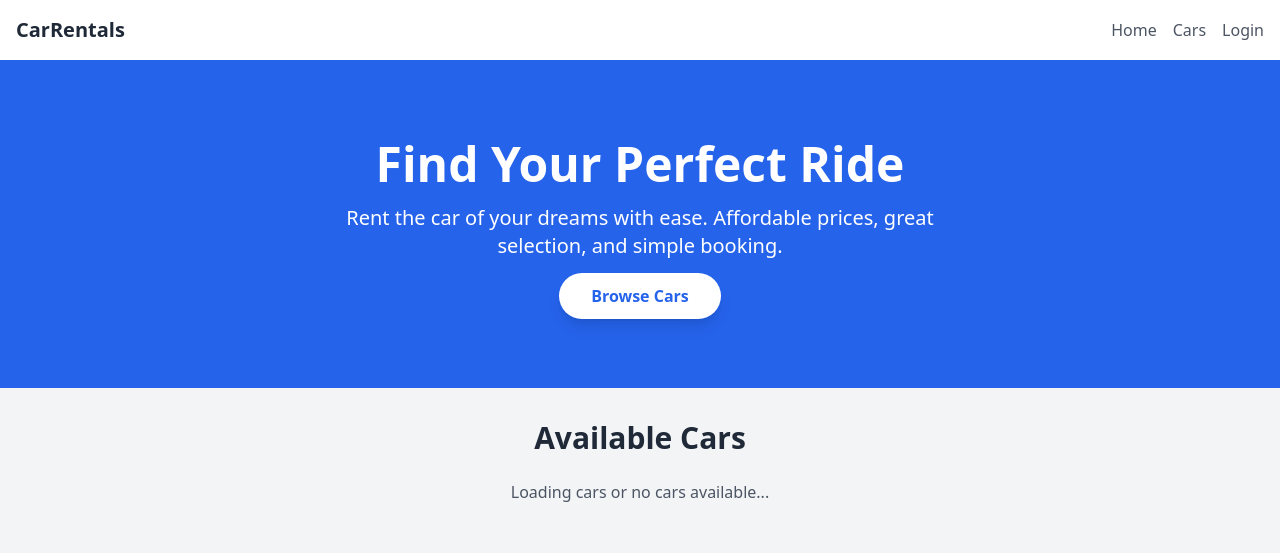
Repository: Daehy-peels/car-rental-app
Page: / (app in client/)
These files come from the project's save history. The page is drawn as it stood at one moment and after the next save; the edit follows.
The browser window is 1280 px wide. The pictures show the whole page.
The page's requests for data from a server got no answer. The project was rebuilt for these pictures with package versions that can differ from the ones it lists, and the page was loaded fresh each time. No one was signed in, and anything a server would have sent is missing. Also part of the build but not shown: client/vite.config.js, client/src/components/CarCard.jsx.

Above is the page before, as saved 2025-08-20 20:22:34.

After the next save:
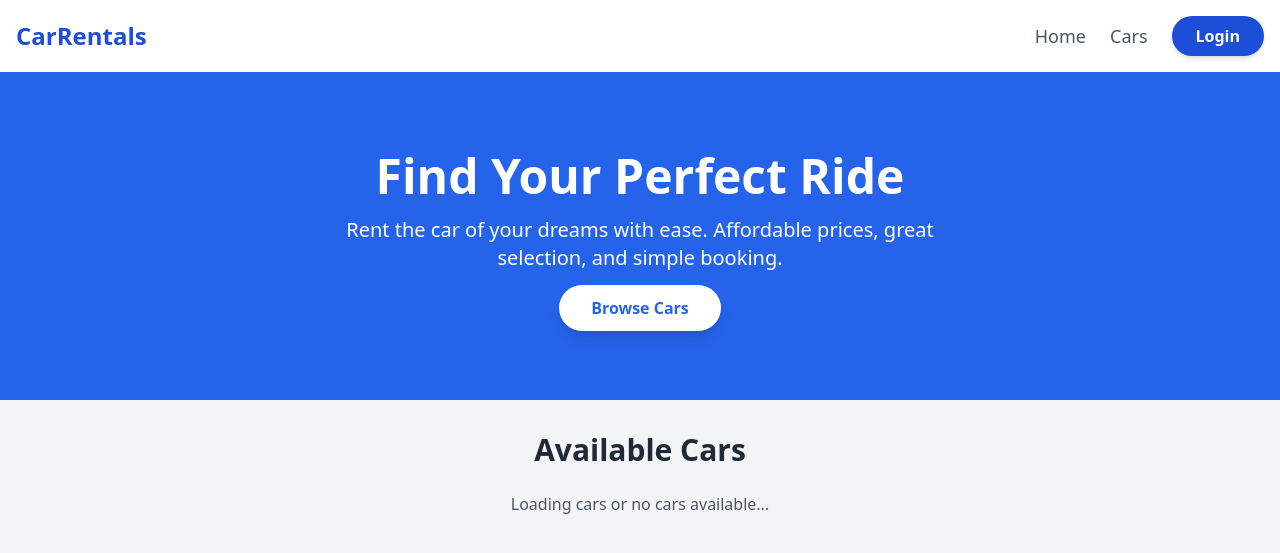
Saved 9 s later.
--- a/client/src/components/Navbar.jsx
+++ b/client/src/components/Navbar.jsx
@@ -3,25 +3,25 @@ import React from "react";
 
 const Navbar = () => {
   return (
-    <nav className="bg-white shadow-md">
+    <nav className="bg-white shadow-lg">
       <div className="container mx-auto px-4 py-4 flex justify-between items-center">
-        <div className="text-xl font-bold text-gray-800">CarRentals</div>
-        <div className="space-x-4">
+        <div className="text-2xl font-bold text-primary">CarRentals</div>
+        <div className="flex items-center space-x-6">
           <a
             href="#"
-            className="text-gray-600 hover:text-blue-500 transition-colors"
+            className="text-gray-600 hover:text-primary transition-colors text-lg font-medium"
           >
             Home
           </a>
           <a
             href="#"
-            className="text-gray-600 hover:text-blue-500 transition-colors"
+            className="text-gray-600 hover:text-primary transition-colors text-lg font-medium"
           >
             Cars
           </a>
           <a
             href="#"
-            className="text-gray-600 hover:text-blue-500 transition-colors"
+            className="text-white bg-primary hover:bg-secondary px-6 py-2 rounded-full font-semibold transition-colors shadow-md"
           >
             Login
           </a>
